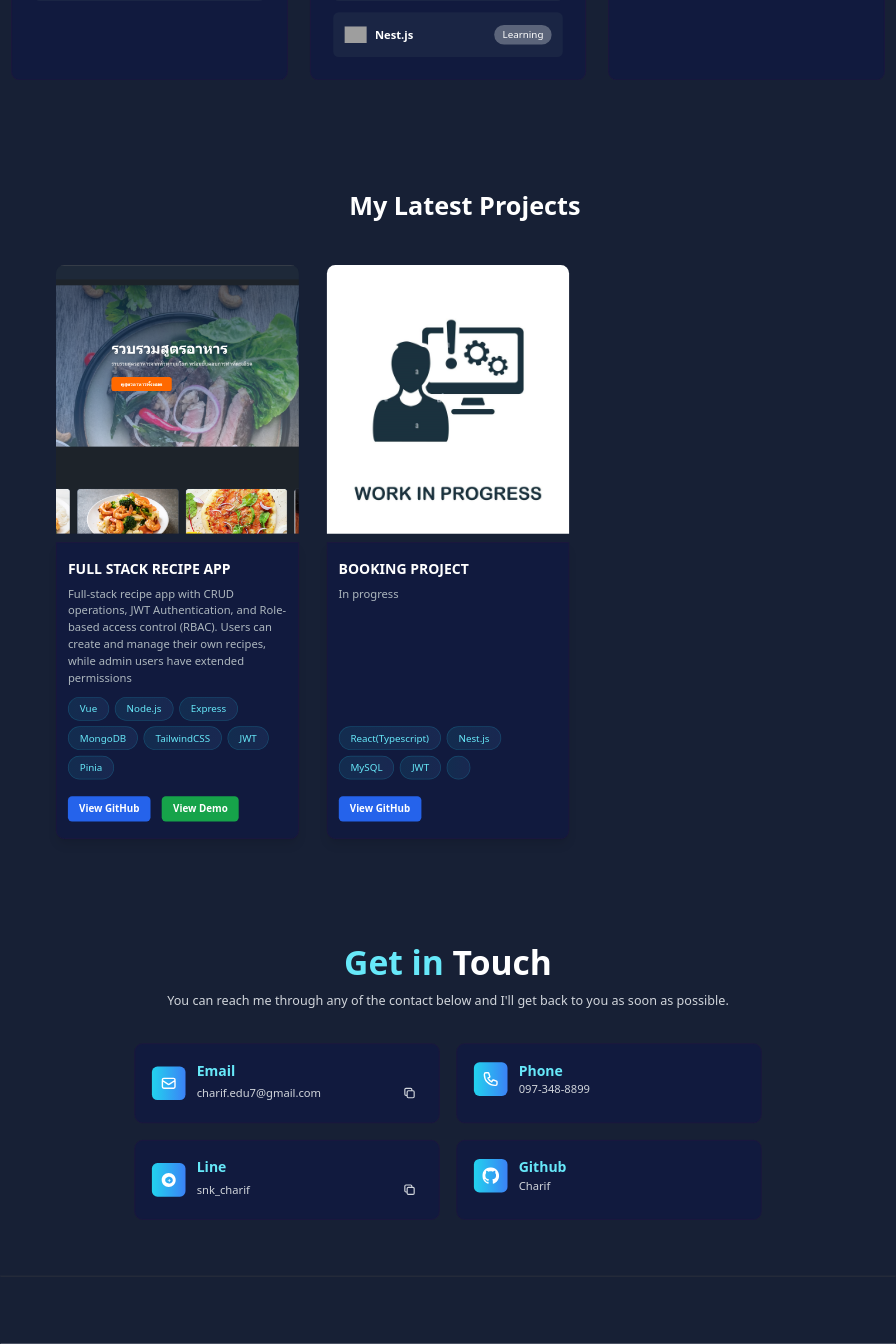
Repository: Charifx7/MyPortfolio
Page: /
The author's editor kept a copy of each file at every save. The page is drawn from the files as they stood at one save, then again after the next save.
The browser window is 1280 px wide. The pictures show the part of the page from y = 1592 to 3512 px (the page is 3512 px tall), at 70% of full size.
Pictures or frames that could not be fetched are drawn as grey boxes. The project was rebuilt for these pictures with package versions that can differ from the ones it lists, and the page was loaded fresh each time. Also part of the build but not shown: vite.config.js.

Above is the page before, as saved 2026-02-14 10:51:53.

### src/App.vue
<template>
  <div class="bg-[#172035] min-h-screen w-full">
    <!-- Wrap components in Suspense to handle loading -->
     <Suspense>
      <template #default>
        <!-- Wrap all Components inside a single root element -->
         <div class="bg-[#172035]">
            <NavBar />
            <HeroSection />
            <AboutSection />
            <ExperienceAndSkills />
            <LatestProjSection />
            <ContactSection />
            <Footer/>
            <BackToTop />
      </div>
    </template>
    <template #fallback>
      <div class="flex justify-center items-center min-h-screen bg-[#172035]">
          <loadingSpinner />
      </div>
    </template>
  </Suspense>
  </div>
</template>

<script setup>
 import { defineAsyncComponent } from 'vue';
//Import Components Asynchronously
const NavBar = defineAsyncComponent(()=>import('@/components/NavBar.vue'));
const HeroSection = defineAsyncComponent(()=>import('@/components/HeroSection.vue'));
const ServicesSection = defineAsyncComponent(()=>import('@/components/ServicesSection.vue'));
const AboutSection = defineAsyncComponent(()=>import('@/components/AboutSection.vue'));
const TestimonialsSection = defineAsyncComponent(()=>import('@/components/TestimonialsSection.vue'));
const LatestProjSection = defineAsyncComponent(()=>import('@/components/LatestProjSection.vue'));
const ExperienceAndSkills = defineAsyncComponent(()=>import('@/components/ExperienceAndSkills.vue'));
const ContactSection = defineAsyncComponent(()=>import('@/components/ContactSection.vue'));
const Footer = defineAsyncComponent(()=>import('@/components/Footer.vue'));
const BackToTop = defineAsyncComponent(()=>import('@/components/BackToTop.vue'));
import loadingSpinner from './components/loadingSpinner.vue';
</script>
<style>

*{
  scrollbar-width: thin;
  scrollbar-color: #111827 #f1f1f1;
}

/* Add these styles to ensure background color consistency */
html, body {
  background-color: #172035;
  min-height: 100%;
}
</style>

### src/components/loadingSpinner.vue
<template>
    <div class="flex justify-center items-center h-full">
        <svg class="animate-spin h-16 w-16 text-white" xmlns="http://www.w3.org/2000/svg" viewBox="0 0 24 24">
            <defs>
                <linearGradient id="gradient1" x1="0%" y1="0%" x2="100%" y2="100%">
                    <stop offset="0%" stop-color="#00aeff" />
                    <stop offset="100%" stop-color="#dbebfa" />
                </linearGradient>
            </defs>
            <circle class="opacity-25" cx="12" cy="12" r="10" stroke="url(#gradient1)" stroke-width="4" fill="none">
            </circle>
            <path fill="#00aeff" d="M4 12a8 8 0 018-8V0C5.373 0 0 5.373 0 12h4z"></path>
        </svg>
    </div>
</template>

### src/components/NavBar.vue
<template>
    <header class="flex justify-between items-center p-6 bg-opacity-50 relative z-20 ">
        <div class="text-white text-xl font-bold"></div>
        <!-- Mobile Toggle Button -->
        <div class="md:hidden z-30">
            <button type="button" class="block focus:outline-none" @click="isMenuOpen = !isMenuOpen">
                <span v-if="isMenuOpen" class="text-5xl">
                    <img src="https://img.icons8.com/ios-filled/100/ffffff/delete-sign.png" alt="close" width="50"
                        height="50">
                </span>
                <span v-else class="text-5xl">
                    <img src="https://img.icons8.com/ios-filled/100/ffffff/menu--v6.png" alt="menu" width="50"
                        height="50">
                </span>
            </button>
        </div>
        <!-- Navbar Link -->
        <nav :class="['fixed inset-0 z-20 flex flex-col items-center justify-center bg-[#111827] md:relative md:bg-transparent md:flex md:justify-between md:flex-row',
            isMenuOpen ? 'block' : 'hidden'
        ]">
            <ul class="flex flex-col items-center space-y-5 md:flex-row md:space-x-5 md:space-y-0">
                <li v-for="item in Menu" :key="item.name">
                    <a :href="item.href"
                        class="block text-white transition hover:text-cyan-300 ease-linear text-2xl md:text-lg"
                        @click="scrollToSection(item.href)">
                        {{ item.name }}
                    </a>
                </li>
            </ul>
        </nav>
    </header>
</template>
<script setup>
import { ref } from 'vue';
const Menu = ref([
    { name: 'About Me', href: '#about' },
    { name: 'Skills', href: '#skills' },
    { name: 'Projects', href: '#projects' },
    { name: 'Contact', href: '#contact' },
]);

const isMenuOpen = ref(false)
const scrollToSection = (href) => {
    isMenuOpen.value = false;
    const section = document.querySelector(href);
    if (section) {
        section.scrollIntoView({ behavior: 'smooth' });
    }

}

</script>

### src/components/HeroSection.vue
<template>
    <section class="relative w-full" data-aos="zoom-in-up">
        <div class="w-full px-5 sm:px-8 md:px-12 lg:px-8 max-w-screen-lg lg:max-w-screen-xl mx-auto relative">
            <div class="grid lg:grid-cols-2 gap-10 xl:gap-14 relative pt-24 lg:max-w-none max-w-2xl md:max-w-3xl mx-auto">
                <div class="lg:py-6">
                    <div class="text-center lg:text-left">
                        <h1 class="pt-4 text-white font-bold text-4xl md:text-5xl lg:text-6xl">
                            Hi, I'm <span
                                class="text-transparent bg-gradient-to-r sm:bg-gradient-to-b md:bg-gradient-to-l lg:bg-gradient-to-r bg-clip-text from-cyan-400 to-blue-600">
                                Charif
                            </span>
                        </h1>
                    </div>
                    <p
                        class="text-gray-300 pt-8 text-center lg:text-left mx-auto max-w-xl text-4xl text-transparent bg-gradient-to-r sm:bg-gradient-to-b md:bg-gradient-to-l lg:bg-gradient-to-r from-cyan-400 to-blue-600 bg-clip-text">
                        Web Developer
                    </p>
                    <div class="flex items-center gap-3 pt-9 flex-col sm:flex-row sm:w-max sm:mx-auto lg:mx-0">
                        <a href="https://drive.google.com/file/d/1FlvfmhR0NsK0Ti8Xo9rk8j5-feIFt_Xn/view?usp=sharing" target="_blank" class="w-full sm:w-max">
                            <button class="border ry px-6 md:px-7 py-3 rounded-full relative group w-full flex justify-center
            bg-gradient-to-r from-cyan-600 to-blue-600 transition-transform duration-500 hover:scale-105"
                                style="background-color: #4DD0E1; border-color: #004d73;">
                                <span class="text-lg font-bold text-white">Resume</span>
                            </button>
                        </a>
                    </div>
                </div>
                <div class="flex items-center justify-center lg:h-full md:h-auto">
                    <div
                        class="relative flex items-center justify-center w-72 h-72 sm:w-96 sm:h-96 rounded-full shadow-lg border">
                        <img src="@/assets/top_picture.jpg" alt="Hero pic" width="500" height="auto" loading="lazy"
                            class="w-full h-full rounded-full object-cover fade-in-zoom" />
                        <div
                            class="absolute inset-0 bg-gradient-to-tr opacity-25 from-[#007fdb] to-[#832561] blur-2xl z-[-1]">
                        </div>
                    </div>
                </div>
            </div>
        </div>
    </section>
</template>
<script setup>
import { ref } from 'vue';
const Menu = ref([
    { name: 'About Me', href: '#about' },
    { name: 'Skills', href: '#skills' },
    { name: 'Projects', href: '#projects' },
    { name: 'Contact', href: '#contact' },
]);

import AOS from 'aos';
import 'aos/dist/aos.css';
AOS.init();
</script>

<style>
@keyframes fadeInZoom {
    0% {
        opacity: 0;
        transform: scale(0.9);
    }

    100% {
        opacity: 1;
        transform: scale(1);
    }
}

.fade-in-zoom {
    animation: fadeInZoom 1s ease-out forwards;
}
</style>

### src/components/AboutSection.vue
<template>
    <section class="text-white mt-18 w-full" id="about">
        <div class="absolute z-0 top-[93rem] inset-x-0 h-64 flex items-start">
            <div class="h-24 w-64 bg-gradient-to-br opacity-20"></div>
        </div>
        <div class="grid grid-cols-1 md:grid-cols-2 gap-16 items-start py-8 px-4 xl:gap-16 sm:py-16 xl:px-16 z-1">
            <!-- Education Section -->
            <div data-aos="flip-right" class="space-y-8">
                <h2 class="text-4xl font-bold text-white text-left mb-4">
                    <span class="text-cyan-300">Education</span>
                </h2>
                <div class="space-y-8">
                    <div v-for="element in education" :key="element.id"
                        class="flex items-center rounded-xl shadow-lg border border-[#1f1641] py-3 bg-gradient-to-r from-[#111a3e] to-[#111a3e]">
                        <div class="w-full pl-4">
                            <h3 class="text-cyan-300 text-left text-2xl">
                                {{ element.School }}
                            </h3>
                            <p class="text-white">{{ element.program }}</p>
                            <p class="text-white">{{ element.year }}</p>
                        </div>
                    </div>
                    <h2 class="text-4xl font-bold text-white text-left mb-4">
                        <span class="text-cyan-300">Work Experience</span>
                    </h2>
                    <div class="space-y-8">
                        <div v-for="element in workExperience" :key="element.id"
                            class="flex items-center rounded-xl shadow-lg border border-[#1f1641] py-3 bg-gradient-to-r from-[#111a3e] to-[#111a3e]">
                            <div class="w-full pl-4">
                                <h3 class="text-cyan-300 text-left text-2xl">
                                    {{ element.Company }}
                                </h3>
                                <p class="text-white">{{ element.role }}</p>
                                <p class="text-white">{{ element.duration }}</p>
                            </div>
                        </div>
                    </div>
                </div>
            </div>
            <!-- About Me Section -->
            <div class="space-y-8" data-aos="flip-right">
                <h2 class="text-4xl font-bold text-white text-left mb-4">
                    <span class="text-cyan-300">About</span> Me
                </h2>
                <p class="text-base lg:text-lg">
                    My name is Muhammadcharif Binlateh, and I am graduate in Computer Science
                    with a passion for creating responsive, user-friendly websites. I am always eager to learn new
                    technologies to improve my skills. In addition, I am ready to
                    provide technical assistance within the organization, and I look forward to growing in the field of
                    web development.
                </p>
            </div>
        </div>
    </section>
</template>

<script setup>
import { ref } from 'vue';
const education = ref([
    {
        id: 1,
        School: 'Prince of Songkla University',
        program: 'Bachelor of Science (Computer Science)',
        year: '2019-2023'
    },
])
const workExperience = ref([
    {
        id: 1,
        Company: 'BRK Inter Transport Company Limited',
        role: 'IT Programmer',
        duration: 'Oct 2025 - Current'
    },
])
</script>

### src/components/LatestProjSection.vue
<template>
    <section class="text-white mt-20" id="projects">
        <div class="px-4 xl:pl-16">
            <div class="mb-4 flex justify-center">
                <h2 class="text-4xl font-bold text-white" data-aos="fade-up">My Latest Projects</h2>
            </div>
            <ul class="px-4 sm:py-16 xl:pr-16 grid grid-cols-1 gap-6 pt-10 sm:grid-cols-2 md:gap-10 md:pt-12 lg:grid-cols-3"
                data-aos="fade-right">
                <div v-for="project in Projects" :key="project.id"
                    class="flex flex-col h-full transition-transform duration-500 hover:scale-105">
                    <div class="h-52 md:h-[24rem] rounded-t-xl relative flex items-center justify-center"
                        :style="{
                            backgroundImage: 'url(' + project.image + ')',
                            backgroundSize: 'cover',
                            backgroundPosition: 'center',
                            backgroundRepeat: 'no-repeat'
                        }">
                    </div>
                    <div class="flex flex-col flex-grow text-white rounded-b-xl mt-3 bg-[#111a3e] shadow-lg border border-[#1f1641] py-6 px-4">
                        <h3 class="text-lg font-semibold uppercase lg:text-xl">{{ project.title }}</h3>
                        <p class="text-[#ADB7BE] flex-grow min-h-[60px] mt-2">{{ project.description }}</p>
                        <div class="flex flex-wrap gap-2 mt-4 mb-6">
                            <div v-for="technology in project.technologies" :key="technology"
                                class="text-center rounded-full px-4 py-1.5 text-sm font-medium
                                       bg-gradient-to-r from-cyan-400/10 to-blue-400/10
                                       border border-cyan-400/20
                                       text-cyan-300 "
                            >
                                {{ technology }}
                            </div>
                        </div>
                        <!-- Buttons for GitHub and Demo -->
                        <div class="flex mt-auto space-x-4">
                            <a :href="project.gitURL" target="_blank"
                                class="px-4 py-2 text-sm font-semibold text-white bg-blue-600 rounded-md hover:bg-blue-700">
                                View GitHub
                            </a>
                            <a v-if="project.webURL" :href="project.webURL" target="_blank"
                                class="px-4 py-2 text-sm font-semibold text-white bg-green-600 rounded-md hover:bg-green-700">
                                View Demo
                            </a>
                        </div>
                    </div>
                </div>
            </ul>
        </div>
    </section>
</template>
<script setup>
import { ref, computed } from 'vue';

const Projects = ref([
    {
        id: 1,
        image: '/assets/project3.png',
        title: 'Full stack Recipe app',
        description: 'Full-stack recipe app with CRUD operations, JWT Authentication, and Role-based access control (RBAC). Users can create and manage their own recipes, while admin users have extended permissions',
        technologies: ['Vue','Node.js','Express', 'MongoDB','TailwindCSS', 'JWT','Pinia'],
        gitURL: 'https://github.com/Charifx7/fullstack_MEVN_recipe_app',
        webURL: 'https://fullstack-mevn-recipe-app-charif.vercel.app/'
    },

    {
        id: 4,
        image: '/assets/project0.jpg',
        title: 'Booking Project',
        description: 'In progress',
        technologies: ['React(Typescript)', 'Nest.js','MySQL','JWT',''],
        gitURL: 'https://github.com/Charifx7',
        webURL: ''
    },
    // {
    //     id: 0,
    //     image: '/assets/project0.jpg',
    //     title: 'TEMP',
    //     description: 'TEMP',
    //     technologies: ['TEMP'],
    //     gitURL: 'https://github.com/Charifx7',
    //     webURL: ''
    // },

]);



</script>

### src/components/Footer.vue
<template>
    <footer class="mt-8 border z-10 border-t-[#33353F] border-l-transparent border-r-transparent text-white">
        <div class="container p-12 flex justify-between">
            <!-- <div class="text-white text-3xl font-bold">Charif</div>-->
            <p class="text-slate-600"></p>
        </div>
    </footer>
</template>

### src/components/BackToTop.vue
<template>
    <button v-if="isVisible" @click="scrollToTop" class="fixed bottom-4 right-4 bg-gradient-to-r from-[#007fdb] to-[#004d73] text-white
    rounded-full w-12 h-12 flex items-center justify-center text-xl cursor-pointer transition-opacity duration-300 hover:bg-blue-600
    ">
        ↥
    </button>
</template>
<script setup>
import { ref, onMounted, onUnmounted } from 'vue';
const isVisible = ref(false);
const handleScroll = () => {
    isVisible.value = window.scrollY > 300;
}
const scrollToTop = () => {
    window.scrollTo({ top: 0, behavior: 'smooth' })
}
onMounted(() => {
    window.addEventListener('scroll', handleScroll)
});

onUnmounted(() => {
    window.removeEventListener('scroll', handleScroll);
})
</script>

Loaded but not shown: index.html (common file); src/main.js (common file); src/style.css (common file); tailwind.config.js (13 lines, source omitted); src/components/ExperienceAndSkills.vue (208 lines, source omitted); src/components/ContactSection.vue (175 lines, source omitted)

After the next save:
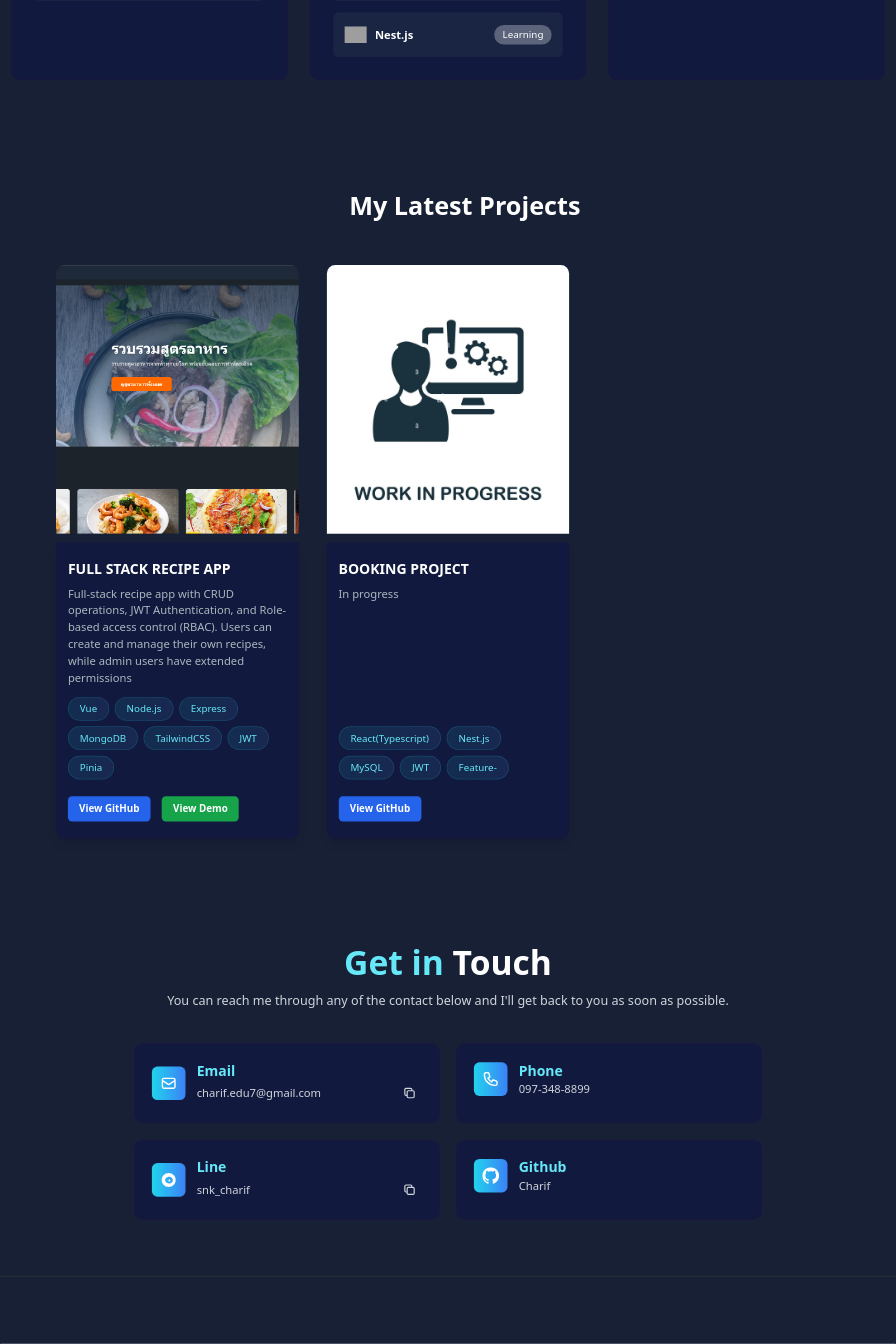
Saved 4 s later.
--- a/src/components/LatestProjSection.vue
+++ b/src/components/LatestProjSection.vue
@@ -65,7 +65,7 @@ const Projects = ref([
         image: '/assets/project0.jpg',
         title: 'Booking Project',
         description: 'In progress',
-        technologies: ['React(Typescript)', 'Nest.js','MySQL','JWT',''],
+        technologies: ['React(Typescript)', 'Nest.js','MySQL','JWT','Feature-'],
         gitURL: 'https://github.com/Charifx7',
         webURL: ''
     },
